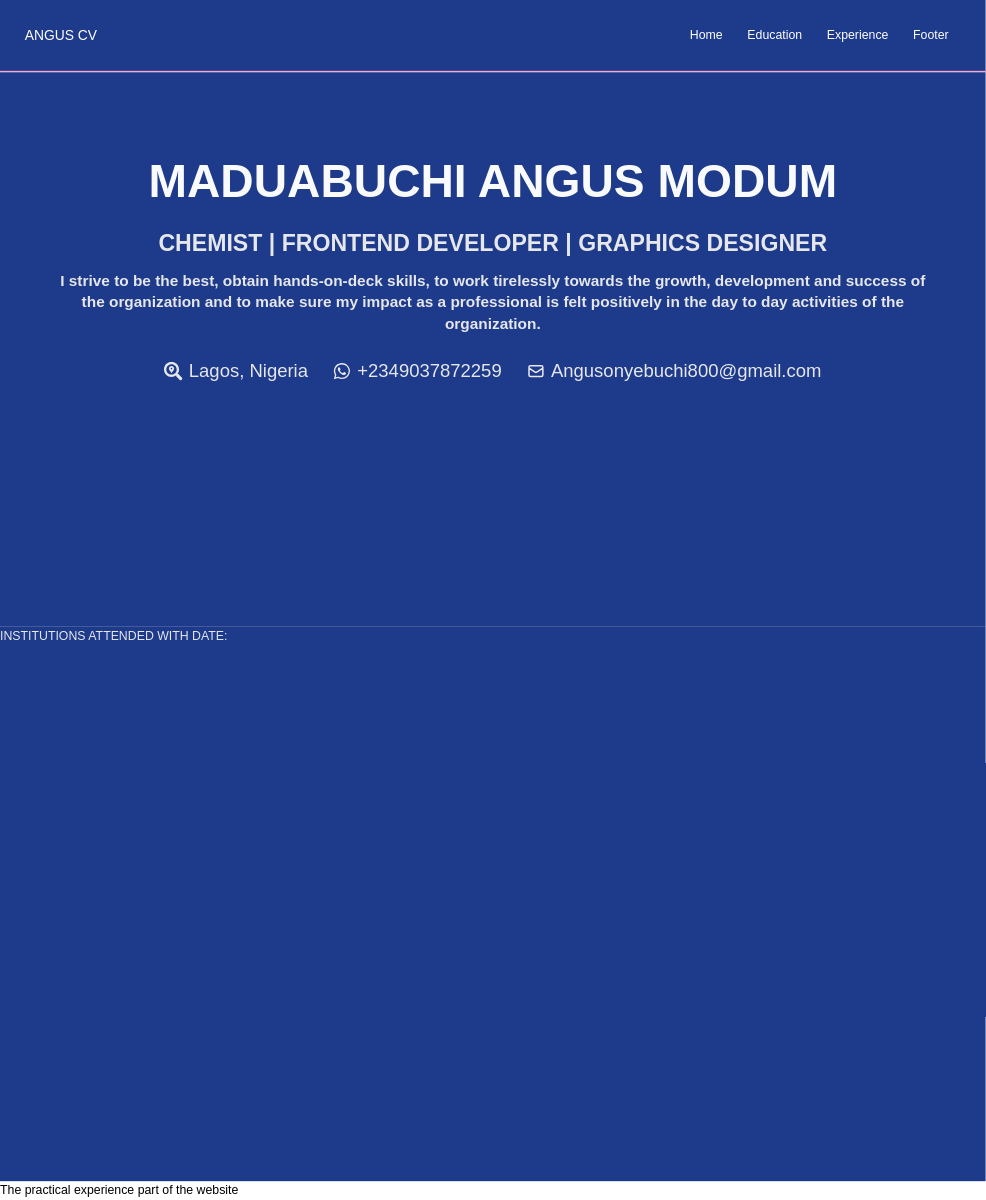
Repository: AngusOnyebuchi/AngusOnyebuchi.github.io
Page: /
An editor plug-in stored every save of this project. The page is shown before and after the next save, followed by the edit.
The browser window is 1280 px wide. The pictures show the whole page, at 77% of full size.
The project was rebuilt for these pictures with package versions that can differ from the ones it lists, and the page was loaded fresh each time.

Above is the page before, as saved 2022-04-17 16:21:14.

### public/index.html
<!DOCTYPE html>
<html lang="en">
  <head>
    <meta charset="utf-8" />
    <link rel="icon" href="%PUBLIC_URL%/favicon.ico" />
    <meta name="viewport" content="width=device-width, initial-scale=1" />
    <meta name="theme-color" content="#000000" />
    <meta
      name="description"
      content="Web site created using create-react-app"
    />
    <link rel="apple-touch-icon" href="%PUBLIC_URL%/logo192.png" />
    <!--
      manifest.json provides metadata used when your web app is installed on a
      user's mobile device or desktop. See https://developers.google.com/web/fundamentals/web-app-manifest/
    -->
    <link rel="manifest" href="%PUBLIC_URL%/manifest.json" />
    <!--
      Notice the use of %PUBLIC_URL% in the tags above.
      It will be replaced with the URL of the `public` folder during the build.
      Only files inside the `public` folder can be referenced from the HTML.

      Unlike "/favicon.ico" or "favicon.ico", "%PUBLIC_URL%/favicon.ico" will
      work correctly both with client-side routing and a non-root public URL.
      Learn how to configure a non-root public URL by running `npm run build`.
    -->
    <title>Angus CV </title>
  </head>
  <body>
    <noscript>You need to enable JavaScript to run this app.</noscript>
    <div id="root"></div>
    <!--
      This HTML file is a template.
      If you open it directly in the browser, you will see an empty page.

      You can add webfonts, meta tags, or analytics to this file.
      The build step will place the bundled scripts into the <body> tag.

      To begin the development, run `npm start` or `yarn start`.
      To create a production bundle, use `npm run build` or `yarn build`.
    -->
  </body>
</html>

### src/index.js
import React from "react";
import ReactDOM from "react-dom";
import "./style.css"
import App from "./App";

ReactDOM.render(<App/>, document.getElementById("root"))

### src/style.css
@tailwind base;
@tailwind components;
@tailwind utilities;

@layer base {
    body{
        @apply font-[Sans-serif];
    }
    li {
        @apply px-4;
        @apply cursor-pointer;
    }
}

### src/App.js
import React from "react";
import Home from "./components/Home"
import Education from "./components/Education";
import Experience from "./components/Experience";
import NavBar from "./components/NavBar";

export default function App() {
  return (
    <div>
      <NavBar/>
      <Home/>
      <Education/>
      <Experience/>
    </div>
  )
}

### src/components/Home.js
import React from "react";
import {FaWhatsapp, FaLocationArrow, FaSearchLocation} from "react-icons/fa"
import {HiOutlineMail} from "react-icons/hi"

export default function Home() {
    return (
        <div className="w-full h-screen p-4 bg-blue-900 text-gray-200">
            <h1 className="text-4xl md:text-6xl font-bold uppercase pt-24 text-center text-gray-50">Maduabuchi Angus Modum</h1>
            <h3 className="text-xl md:text-3xl font-bold uppercase pt-8 text-center">Chemist  |  Frontend Developer  |  Graphics Designer</h3>
            <p className="font-bold text-center justify-center text-lg md:text-xl max-w-[1200px] mx-12 mt-4">I strive to be the best, obtain hands-on-deck skills,
                to work tirelessly towards the growth, development and success of the organization and to make sure my impact
                as a professional is felt positively in the day to day activities of the organization.</p>

            <div className="flex flex-cols-3 gap-8 text-2xl justify-center text-center pt-8">
                <div className="flex items-center">
                    <FaSearchLocation/>
                    <h4 className="ml-2">Lagos, Nigeria</h4>
                </div>
                <div className="flex items-center">
                    <FaWhatsapp/>
                    <h4 className="ml-2">+2349037872259</h4>
                </div>
                <div className="flex items-center">
                    <HiOutlineMail/>
                    <h4  className="ml-2">Angusonyebuchi800@gmail.com</h4>
                </div>
            </div>
        </div>
    )
}

### src/components/Education.js
import React from "react";

export default function Education() {
    return(
        <div className="bg-blue-900 w-full h-screen text-gray-200">
            <h1>INSTITUTIONS ATTENDED WITH DATE:</h1>
        </div>
    )
}

### src/components/Experience.js
import React from "react";

export default function Experience() {
    return(
        <div>
            <h1>The practical experience part of the website</h1>
        </div>
    )
}

### src/components/NavBar.js
import React, {useState} from "react";
import {FaTimes, FaBars} from "react-icons/fa"

export default function NavBar() {

    const [nav, setNav] = useState(true)
    const toggle = () => setNav(!nav)

    return(
        <div className="bg-blue-900 text-white w-full p-8 flex justify-between items-center border-b-2 border-pink-300">
            <h1 className="uppercase text-lg">Angus CV</h1>

            <ul className=" hidden sm:flex justify-between">
                <li className="hover:border-b-2 border-pink-300 ">Home</li>
                <li className="hover:border-b-2 border-pink-300 ">Education</li>
                <li className="hover:border-b-2 border-pink-300 ">Experience</li>
                <li className="hover:border-b-2 border-pink-300 ">Footer</li>
            </ul>

            {/** Mobile list */}
            <div onClick={toggle} className="sm:hidden z-10">
                {nav ? <FaBars/> : <FaTimes/>}
            </div>
            <ul className={nav ? 'hidden' : 'absolute top-0 left-0 w-full h-screen bg-inherit flex flex-col justify-center items-center my-8 sm:hidden'}>
                    <li>Home</li>
                    <li>Education</li>
                    <li>Experience</li>
                    <li>Footer</li>
            </ul>
        </div>
    )
}

Loaded but not shown: tailwind.config.js (common file)

After the next save:
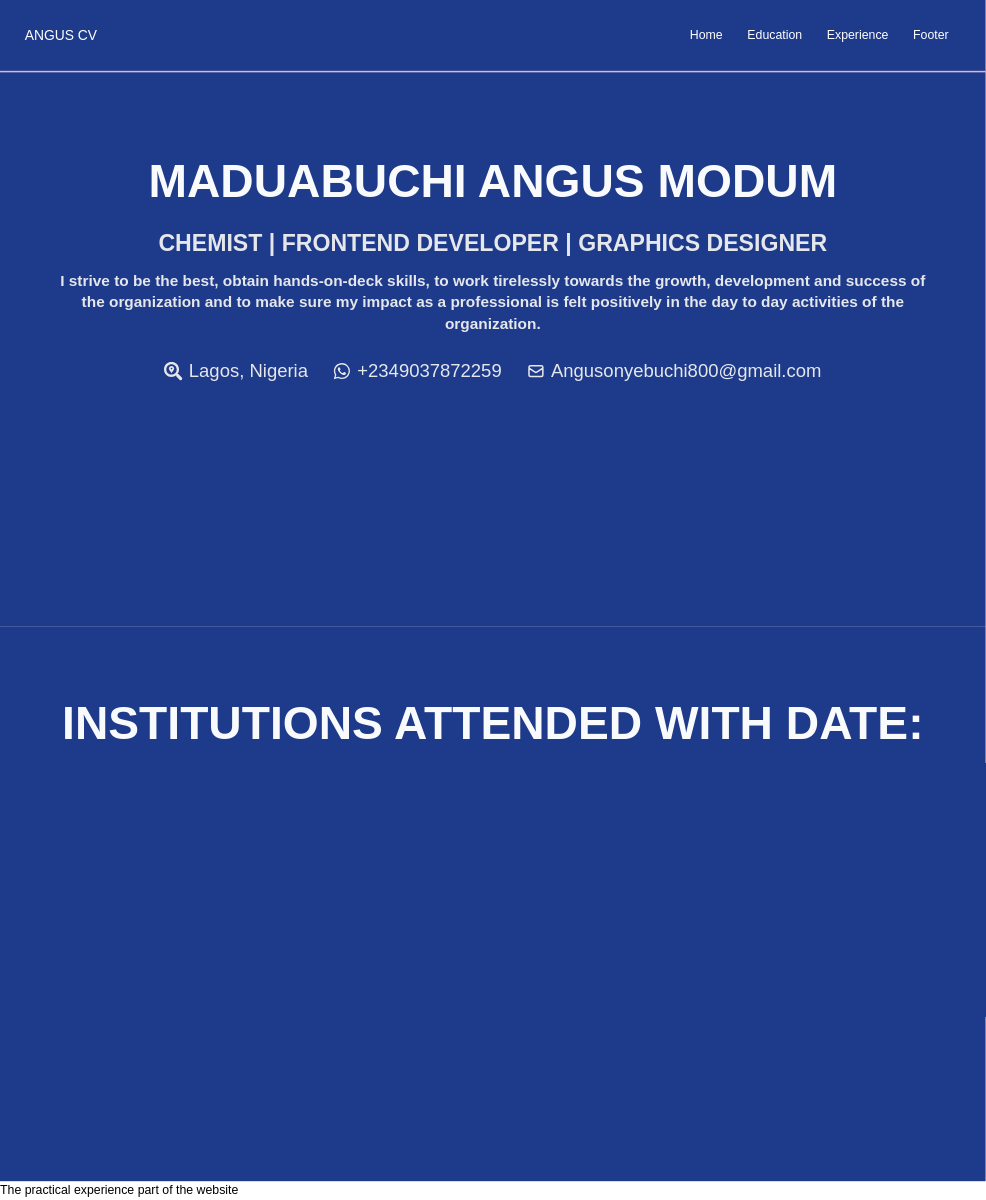
Saved 40 s later.
--- a/src/components/Education.js
+++ b/src/components/Education.js
@@ -3,7 +3,7 @@ import React from "react";
 export default function Education() {
     return(
         <div className="bg-blue-900 w-full h-screen text-gray-200">
-            <h1>INSTITUTIONS ATTENDED WITH DATE:</h1>
+            <h1 className="text-4xl md:text-6xl font-bold uppercase pt-24 text-center text-gray-50">INSTITUTIONS ATTENDED WITH DATE:</h1>
         </div>
     )
 }
